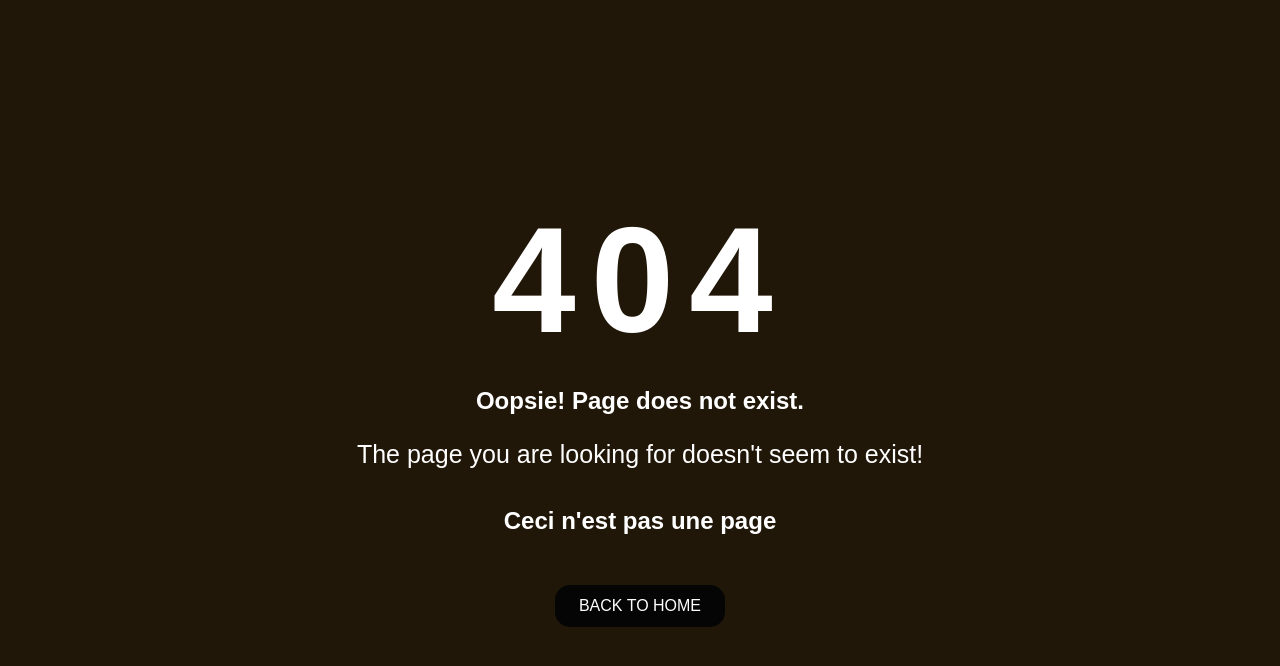
Repository: Nyiriek/alu-system_engineering-devops
Page: web_server/5-design_a_beautiful_404_page.html
The author's editor kept a copy of each file at every save. The page is drawn from the files as they stood at one save, then again after the next save.
The browser window is 1280 px wide. The pictures show the whole page.

Above is the page before, as saved 2023-08-05 13:29:06.

### web_server/5-design_a_beautiful_404_page.html
<!DOCTYPE html>
<html lang="en">
  <head>
    <meta charset="UTF-8" />
    <meta name="viewport" content="width=device-width, initial-scale=1.0" />
    <title>404 - Page Not Found</title>
    <link rel="stylesheet" href="styles.css" />
  </head>

  <body>
    <div class="error-container">
      <div class="error-content">
        <h1>404</h1>
        <h2>Oopsie! Page does not exist.</h2>
        <p>The page you are looking for doesn't seem to exist!</p>
        <br />
        <h2>Ceci n'est pas une page</h2>
        <a href="/" class="back-home-btn">Back to Home</a>
      </div>
    </div>
  </body>
</html>

### web_server/styles.css
body {
    margin: 0;
    padding: 0;
    font-family: Arial, sans-serif;
    min-height: auto;
    background-color: #0c0101;
}

.error-container {
    display: flex;
    justify-content: center;
    align-items: center;
    height: 100vh;
    background-color: rgb(32, 23, 9);
    background-position: center;
}

.error-content {
    text-align: center;
    color: #fff;
}

h1 {
    font-size: 150px;
    margin-bottom: 20px;
    font-weight: bold;
    letter-spacing: 15px;
}

p {
    font-size: 25px;
    margin-bottom: auto;
}

.back-home-btn {
    display: inline-block;
    padding: 12px 24px;
    background-color: rgb(5, 5, 5);
    color: #fff;
    font-size: 16px;
    text-decoration: none;
    border-radius: 15px;
    transition: background-color 0.3s ease;
    margin-top: 30px;
    text-decoration: none;
    text-transform: uppercase;
}

.back-home-btn:hover {
    background-color: #422b04;
}

After the next save:
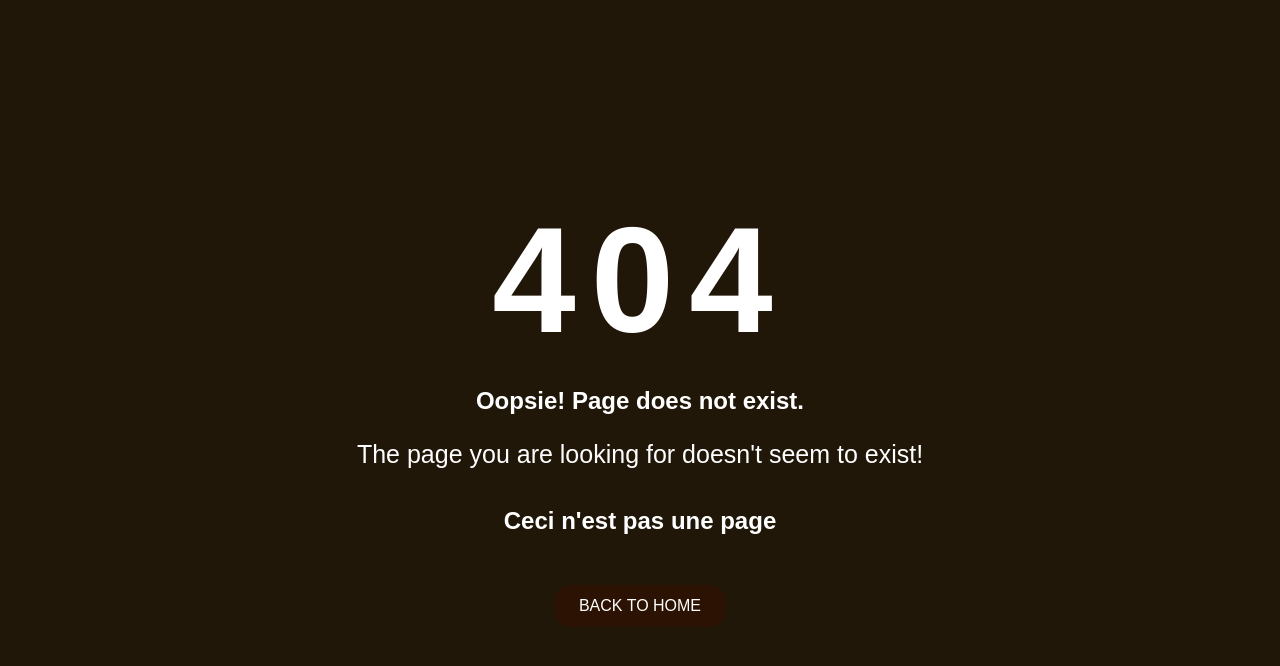
Saved 77 s later.
--- a/web_server/styles.css
+++ b/web_server/styles.css
@@ -35,7 +35,7 @@ p {
 .back-home-btn {
     display: inline-block;
     padding: 12px 24px;
-    background-color: rgb(5, 5, 5);
+    background-color: rgb(44, 18, 2);
     color: #fff;
     font-size: 16px;
     text-decoration: none;
